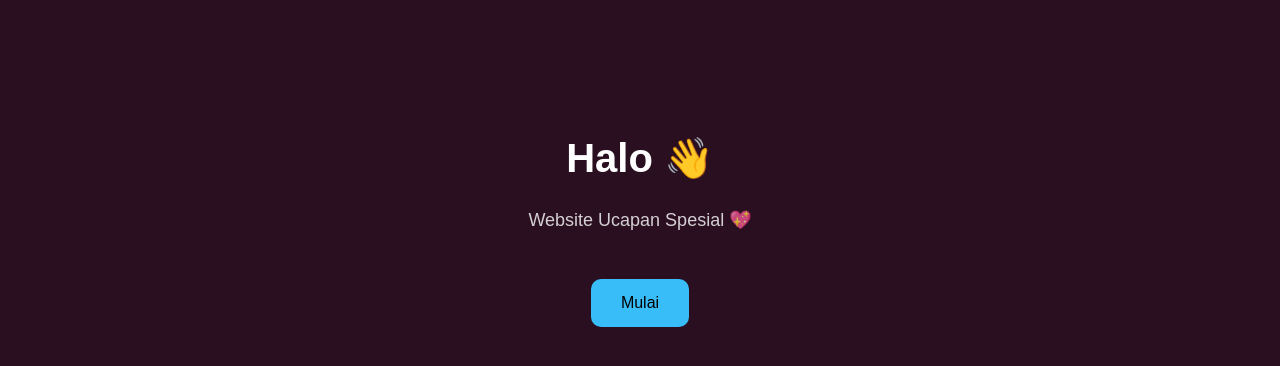
Repository: mufti-1448/web-ucapan
Page: index.html
The author's editor kept a copy of each file at every save. The page is drawn from the files as they stood at one save, then again after a run of saves.
The browser window is 1280 px wide. The pictures show the whole page.

Above is the page before, as saved 2026-02-16 15:01:50.

### index.html
<!doctype html>
<html>
  <head>
    <title>Website Ucapan</title>
    <link rel="stylesheet" href="style.css" />
  </head>
  <body>
    <h1>Halo 👋</h1>
    <p>Website Ucapan Spesial 💖</p>

    <button>Mulai</button>
  </body>
</html>

### style.css
body {
  background-color: #2a0f20;
  color: white;
  font-family: Arial, sans-serif;
  text-align: center;
  padding-top: 100px;
}

h1 {
  font-size: 40px;
}

p {
  font-size: 18px;
  opacity: 0.8;
}

button {
  margin-top: 30px;
  padding: 15px 30px;
  font-size: 16px;
  border: none;
  border-radius: 10px;
  background-color: #38bdf8;
  color: black;
  cursor: pointer;
}

button:hover {
  background-color: #0ea5e9;
}

After the next 3 saves:
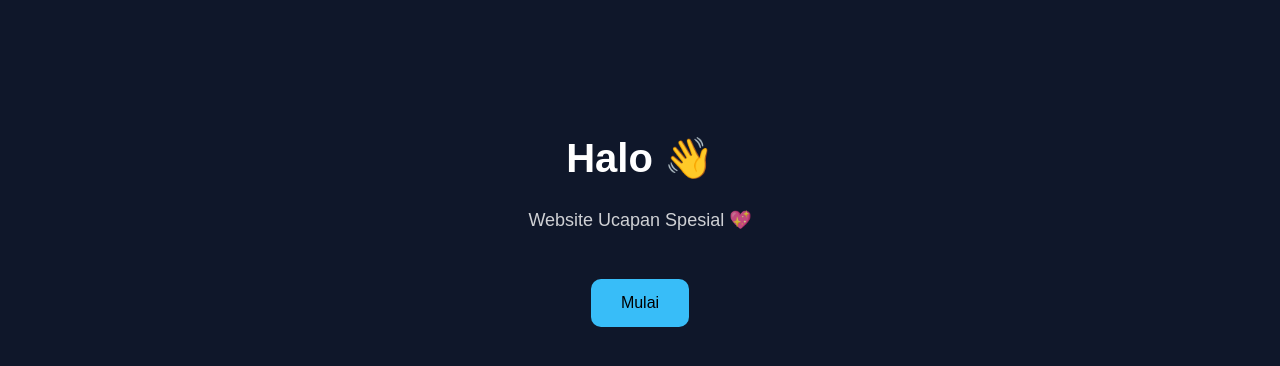
The 3 saves are shown as one change because they came seconds apart.
The last was saved 24 s later.
--- a/style.css
+++ b/style.css
@@ -1,5 +1,5 @@
 body {
-  background-color: #2a0f20;
+  background-color: #0f172a;
   color: white;
   font-family: Arial, sans-serif;
   text-align: center;
